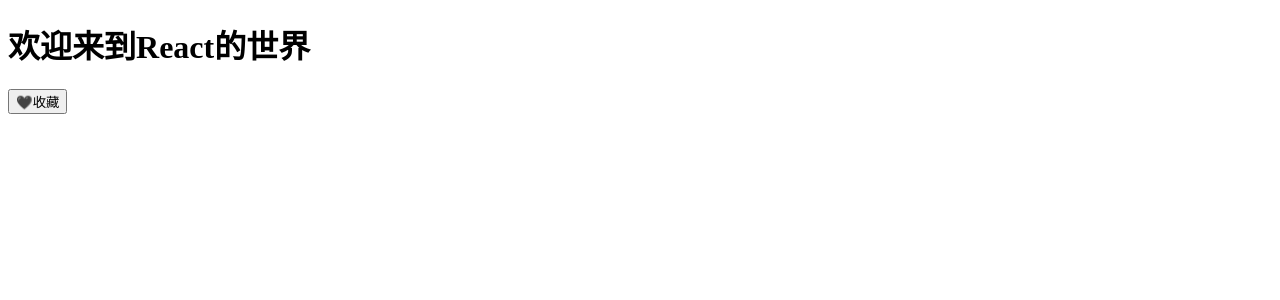
Repository: ysl200/111
Page: / (app in react/frontend/)
These files come from the project's save history. The page is drawn as it stood at one moment and after the next save; the edit follows.
The browser window is 1280 px wide. The pictures show the whole page.
The project was rebuilt for these pictures with package versions that can differ from the ones it lists, and the page was loaded fresh each time.

Above is the page before, as saved 2024-01-04 19:59:49.

After the next save:
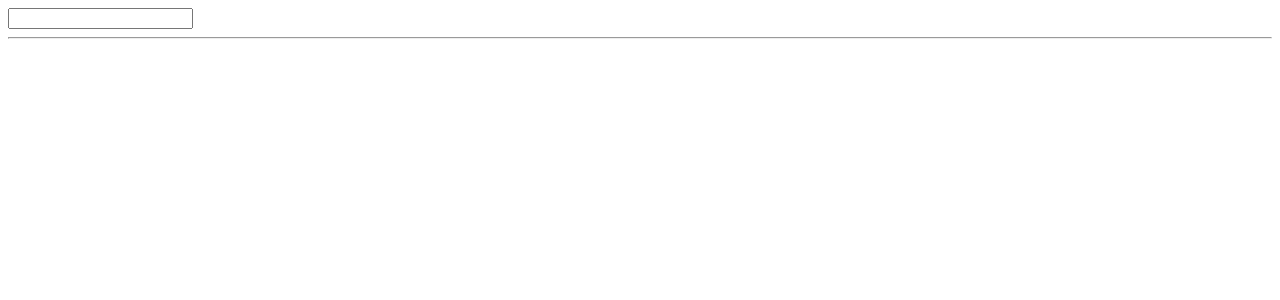
Saved 66 s later.
--- a/react/frontend/src/index.js
+++ b/react/frontend/src/index.js
@@ -4,34 +4,68 @@ import { createRoot } from 'react-dom/client';
 
 export default class App extends Component {
 
-    constructor() {
-        super()
-        this.state = {
-            name: 'React',
-            isLiked: false
-            }
+    state = {
+        todos: []
+      }
+
+      onEnter = evt => {
+        if (evt.keyCode === 13) {
+          let title = evt.target.value.trim()
+
+          // 方案1
+          // let todos = this.state.todos.concat({ id: Date.now(), title, done: false })
+          // this.setState({ todos })
+
+          // 方案2
+          // this.state.todos.push({ id: Date.now(), title, done: false })
+          // this.forceUpdate() // 这里也可以写成这一句：this.setState({})
+
+          // 如果你setState写了一个空对象，则它会更新视图一次
+          // this.setState({})
+          // 如果你写了为null,setState不会做任何事件，相当于没有调用
+          // this.setState(null)
+
+          // 方案3：更新数据，推荐，确保数据的完整性
+          this.setState(state => ({
+            todos: [...state.todos, { id: Date.now(), title, done: false }]
+          }), () => evt.target.value = '')
         }
+      }
+      del = tid => () => {
+        this.setState(state => ({
+          todos: state.todos.filter(({ id }) => id != tid)
+        }))
+      }
 
-        handleBtnClick = () => {
-            this.setState({
-                isLiked: !this.state.isLiked
-                }
-            )
-        }
+      delIndex = index => () => {
+        this.state.todos.splice(index, 1)
+        this.setState({})
+      }
 
-    render () {
+      render() {
         return (
-             <div>
-                <h1>欢迎来到{this.state.name}的世界</h1>
-                <button>
-                    {
-                        this.state.isLiked ? '❤取消' : '🖤收藏'
-                    }
-                </button>
+          <div>
+            <div>
+              <input type="text" onKeyUp={this.onEnter} />
             </div>
-        )
+            <hr />
+            <ul>
+              {
+                this.state.todos.map((item, index) => (
+                  <li key={item.id}>
+                    <span>{item.title}</span>
+                    {/* 按 id 删除 */}
+                    <span onClick={this.del(item.id)}>删除</span>
+                    {/* 按索引删除 */}
+                    <span onClick={this.delIndex(index)}>删除</span>
+                  </li>
+                ))
+              }
+            </ul>
+          </div>
+        );
+      }
     }
-}
 
 
 const container = document.getElementById('root');
